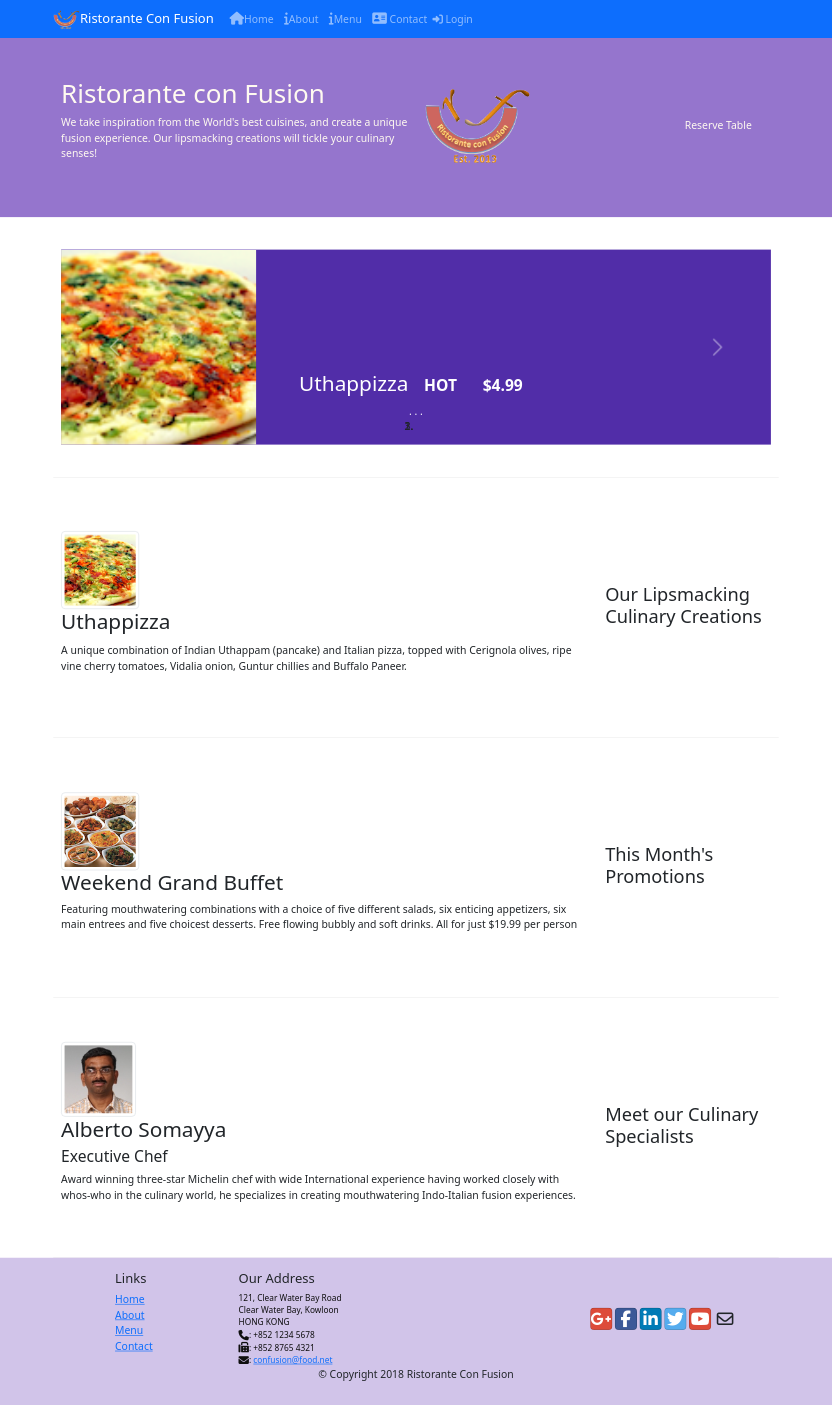
Repository: DungBuiTuan/FER201m
Page: index.html
These files come from the project's save history. The page is drawn as it stood at one moment and after the next save; the edit follows.
The browser window is 1280 px wide. The pictures show the whole page, at 65% of full size.
Some web libraries are served in a nearby version.

Above is the page before, as saved 2023-05-23 00:33:21.

After the next save:
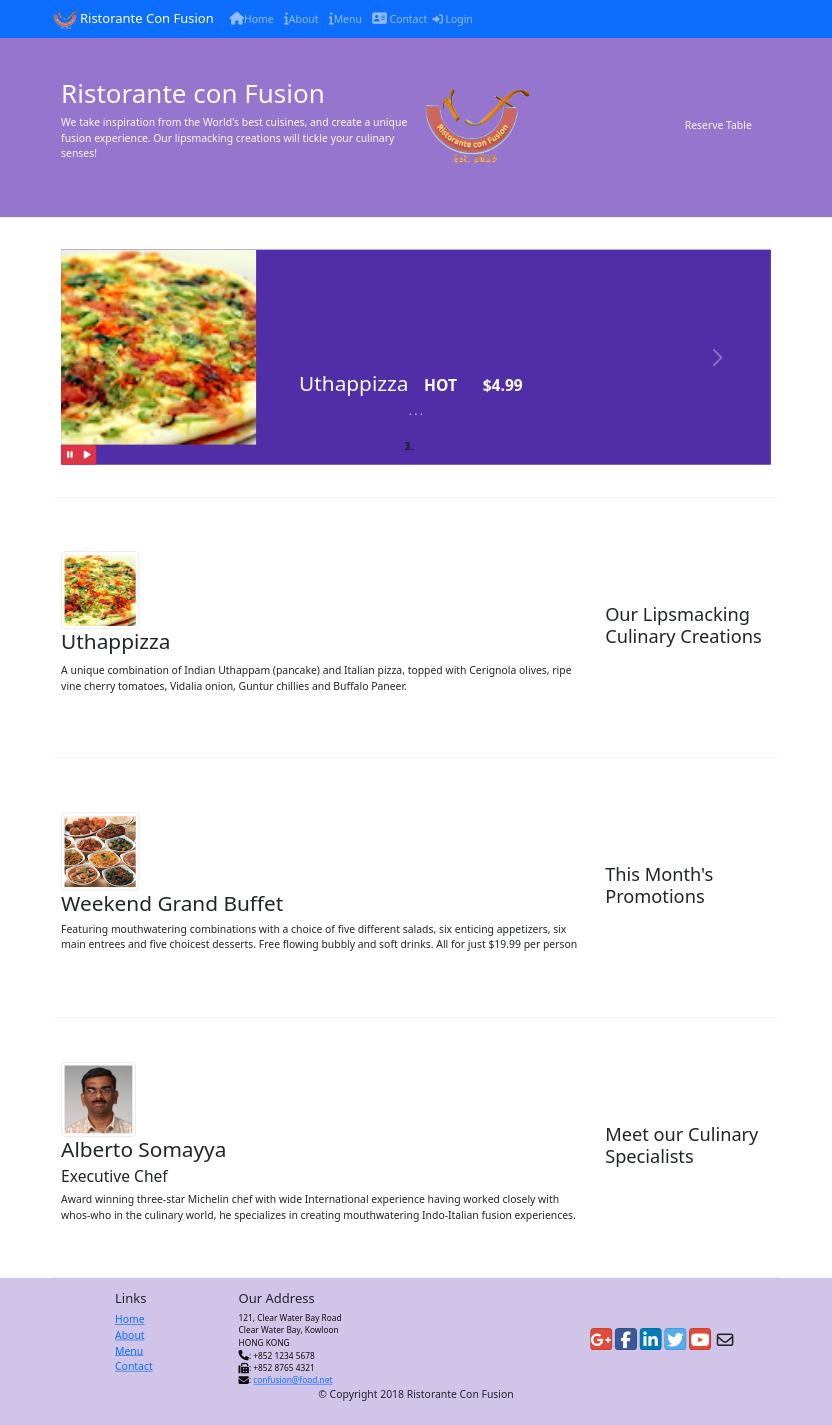
Saved 4 min 18 s later.
--- a/index.html
+++ b/index.html
@@ -141,8 +141,16 @@
             <span class="carousel-control-next-icon"></span>
           </a>
 
-        </div>
-
+          <div class="btn-group" id="carouselButton">
+            <button class="btn btn-danger btn-sm" id="carousel-pause">
+                <span class="fa fa-pause"></span>
+            </button>
+            <button class="btn btn-danger btn-sm" id="carousel-play">
+                <span class="fa fa-play"></span>
+            </button>
+</div>
+
+        </div>
       </div>
     </div>
 

After the save that followed:
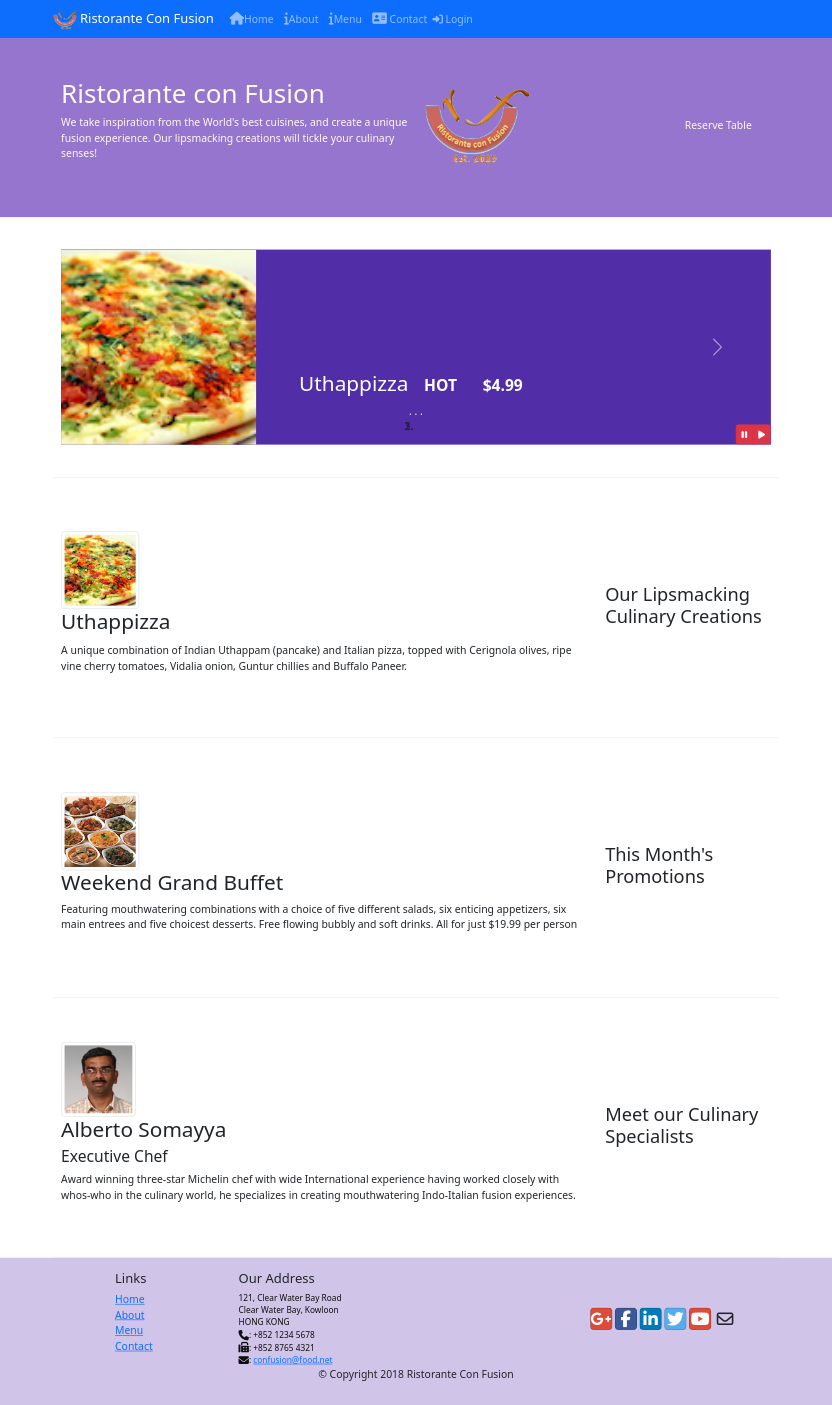
Saved 40 s later.
--- a/css/styles.css
+++ b/css/styles.css
@@ -58,3 +58,9 @@ address{
     left: 0;
     min-height: 300px;
 }
+#carouselButton {
+    right:0px;
+    position: absolute;
+    bottom: 0px;
+    z-index: 1;
+}
